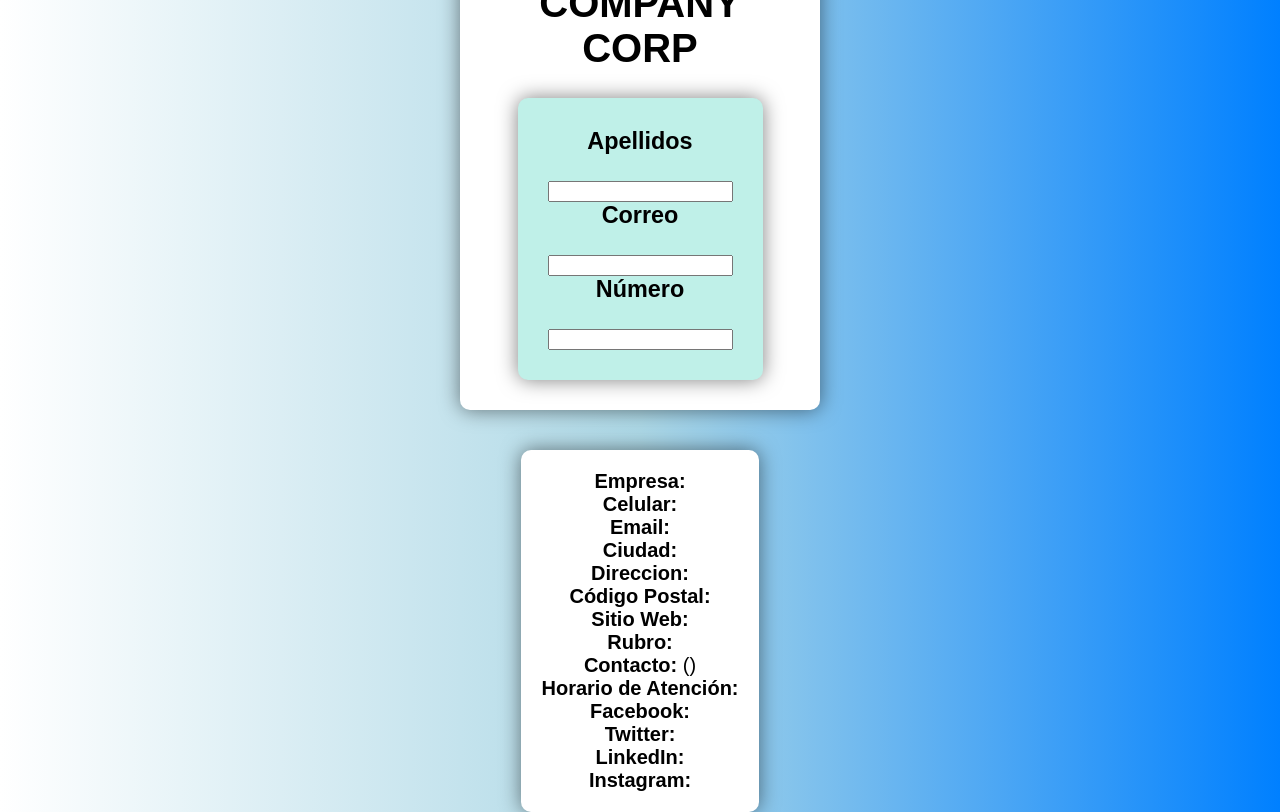
Repository: ANGELEDU141/TAREAWEBEWJASJDASJ
Page: http://localhost/JAVAWEBTAREA/WEB-INF/views/contenido.jsp
These files come from the project's save history. The page is drawn as it stood at one moment and after the next save; the edit follows.
The browser window is 1280 px wide. The pictures show the whole page.
The page is served by Tomcat 9. Nobody is signed in. Other server files are loaded and not shown. The template is opened directly, without the code that normally fills it, so the values that code supplies are empty.

Above is the page before, as saved 2024-09-01 10:09:30.

### JAVAWEBTAREA/src/main/webapp/WEB-INF/views/contenido.jsp
<%@ page language="java" contentType="text/html; charset=UTF-8"
    pageEncoding="UTF-8"%>
<!DOCTYPE html>
<html>
<head>
<meta charset="UTF-8">
<title> COMPANY </title>
<link rel="icon" href="https://static.vecteezy.com/system/resources/previews/008/214/517/non_2x/abstract-geometric-logo-or-infinity-line-logo-for-your-company-free-vector.jpg">
<style>
    body {


        height: 100vh;
        display: flex;
        align-items:center;
         flex-direction: column;
        justify-content: center; /* Centra horizontalmente */
        align-items: center; /* Centra verticalmente */
        font-family: Arial, sans-serif;
		background: linear-gradient(to right, rgb(255, 255, 255), rgb(173, 216, 230), rgb(0, 128, 255));

    }
    .container {

    	width:300px;

        max-width: 600px;
        display:flex;
   		flex-direction:column;
   		align-content:center;
   		justify-content: center;
   		align-items:center;
   		padding: 30px;

        background-color: white;
        box-shadow: 0px 0px 20px rgba(0, 0, 0, 0.5);
        text-align: center;
        border-radius: 10px;
        font-size: 20px;

    }

    .contac {

 		margin-top: 40px;
        max-width: 600px;
        padding:20px;
        background-color: white;
        box-shadow: 0px 0px 20px rgba(0, 0, 0, 0.5);
        text-align: center;
        border-radius: 10px;
        font-size: 20px;

        }




    .quest {



   		padding: 30px;
   		border:60px;
        max-width: 200px;
        background-color: rgba(191, 240, 232);
        box-shadow: 0px 0px 20px rgba(0, 0, 0, 0.5);
        text-align: center;
        border-radius: 10px;
        }

        .quest h3{
         margin: 0;
    padding:0px }






</style>
</head>
<body>
    <div class="container">
        <h1> COMPANY CORP </h1>


        <div class="quest">

        <h3>Apellidos</h3><br>
        <input>
        <h3>Correo</h3><br>
        <input>
        <h3>Número</h3><br>
         <input>



        </div>
    </div>

    <div  class="contac">

		<b> Empresa:</b> ${empresa}<br>
		<b> Celular:</b> ${celular}<br>
		<b> Email:</b> ${email}<br>
		<b> Ciudad:</b> ${ciudad}<br>
	    <b>Direccion:</b> ${direccion}<br>
        <b>Código Postal:</b> ${código_postal}<br>
        <b>Sitio Web:</b> <a href="http://${sitio_web}" target="_blank">${sitio_web}</a><br>
        <b>Rubro:</b> ${rubro}<br>
        <b>Contacto:</b> ${contacto_nombre} (${contacto_puesto})<br>
        <b>Horario de Atención:</b> ${horario_atención}<br>
        <b>Facebook:</b> <a href="http://${facebook}" target="_blank">${facebook}</a><br>
        <b>Twitter:</b> <a href="http://${twitter}" target="_blank">${twitter}</a><br>
        <b>LinkedIn:</b> <a href="http://${linkedin}" target="_blank">${linkedin}</a><br>
        <b>Instagram:</b> <a href="http://${instagram}" target="_blank">${instagram}</a>


	</div>
</body>

After the next save:
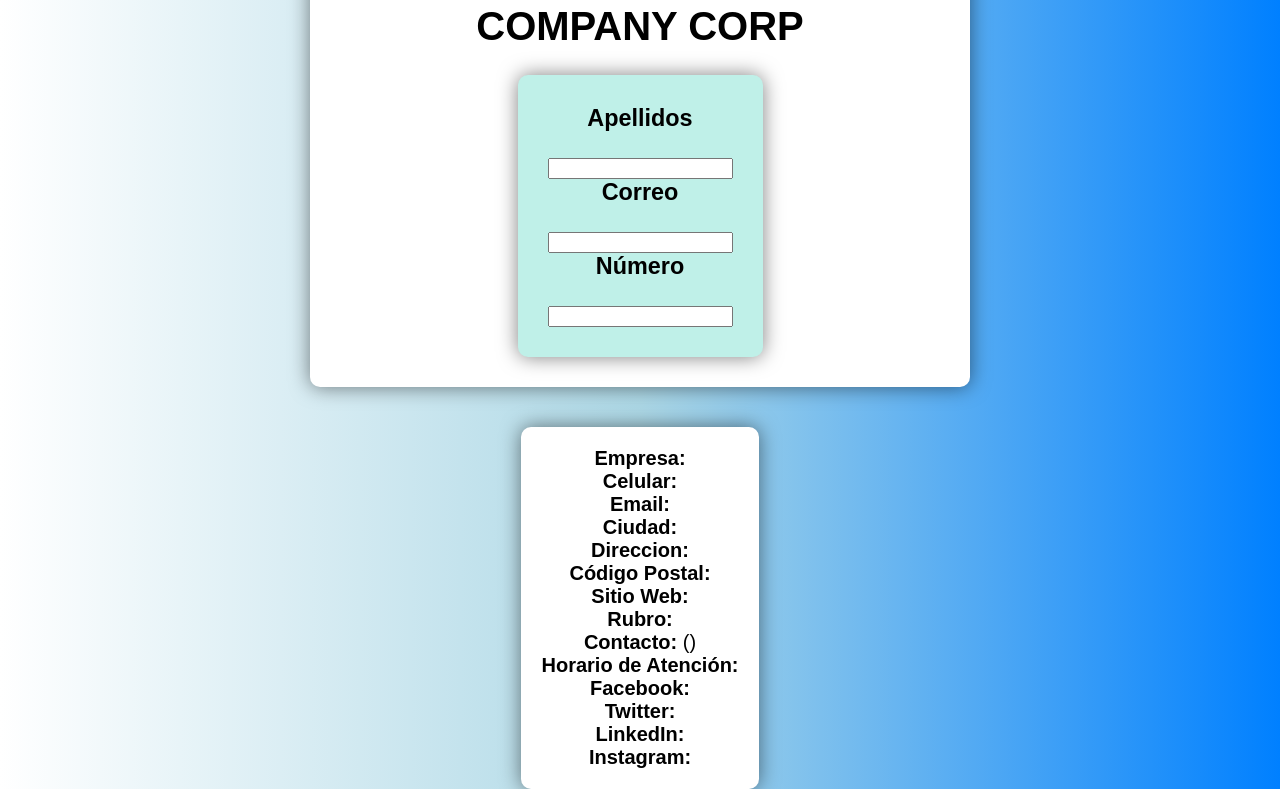
Saved 11 s later.
--- a/JAVAWEBTAREA/src/main/webapp/WEB-INF/views/contenido.jsp
+++ b/JAVAWEBTAREA/src/main/webapp/WEB-INF/views/contenido.jsp
@@ -22,7 +22,7 @@
     }
     .container {
 
-    	width:300px;
+    	width:600px;
 
         max-width: 600px;
         display:flex;
